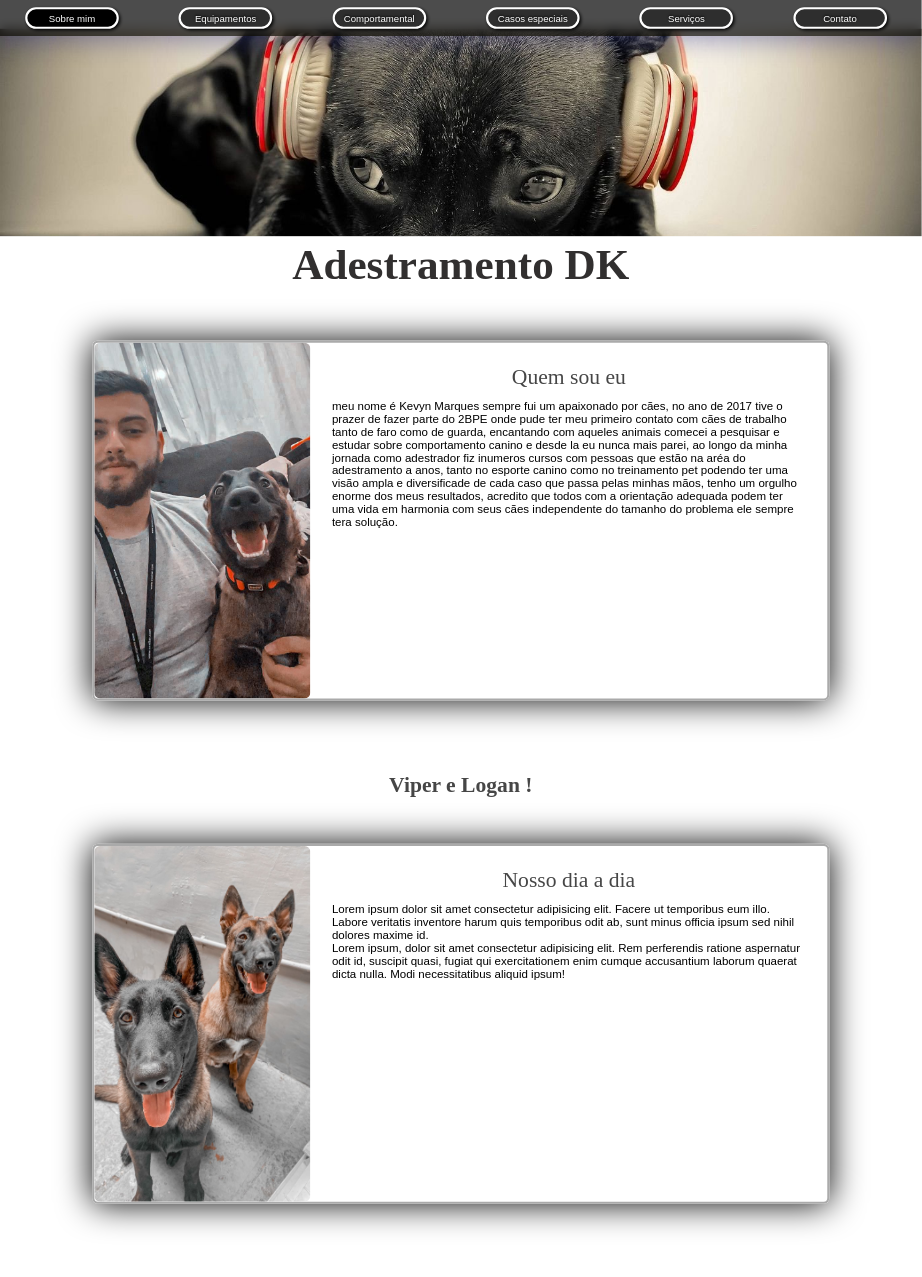
Repository: KevynMarques/Blog-React-StyledComponent
Page: /
The author's editor kept a copy of each file at every save. The page is drawn from the files as they stood at one save, then again after the next save.
The browser window is 1280 px wide. The pictures show the whole page, at 72% of full size.
The project was rebuilt for these pictures with package versions that can differ from the ones it lists, and the page was loaded fresh each time. Also part of the build but not shown: src/Components/Equipamentos/index.jsx, src/Components/Comportamental/index.jsx, src/Components/Clientes/index.jsx, src/Components/Serviços/index.jsx, src/Components/Contato/index.jsx.

Above is the page before, as saved 2022-02-21 11:53:21.

After the next save:
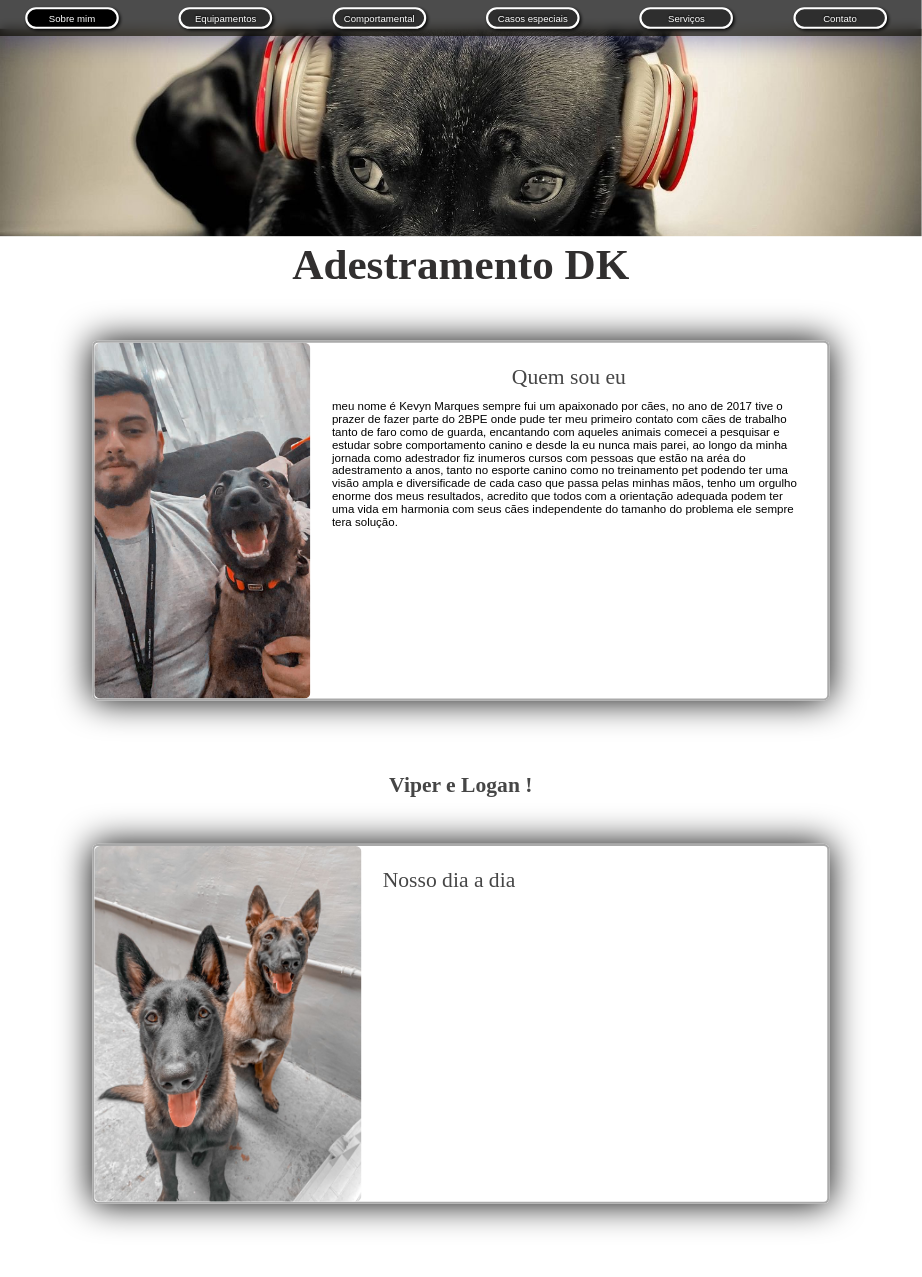
Saved 5 min 13 s later.
--- a/src/Components/Sobre/index.jsx
+++ b/src/Components/Sobre/index.jsx
@@ -42,9 +42,7 @@ export default () => {
        </ContainerIMG>
        <Info>
        <TitleInfo>Nosso dia a dia</TitleInfo>
-       Lorem ipsum dolor sit amet consectetur adipisicing elit. Facere ut temporibus eum illo. Labore veritatis inventore harum quis temporibus odit ab, sunt minus officia ipsum sed nihil dolores maxime id.
-       <br></br>
-        Lorem ipsum, dolor sit amet consectetur adipisicing elit. Rem perferendis ratione aspernatur odit id, suscipit quasi, fugiat qui  exercitationem  enim cumque accusantium laborum quaerat dicta nulla. Modi necessitatibus aliquid ipsum!
+
        </Info>
       </ContainerBox>
 </>
